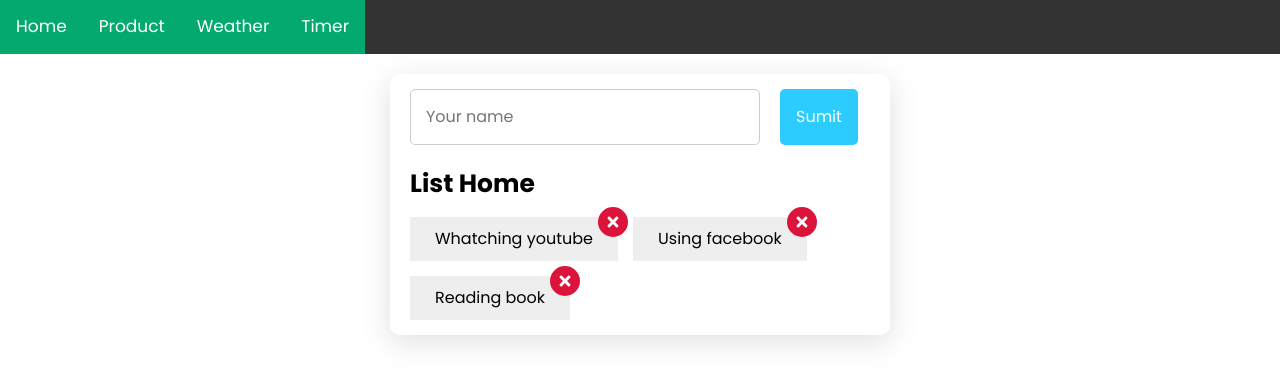
Repository: hoang0508/ReactJsHoiDanIT
Page: /
The author's editor kept a copy of each file at every save. The page is drawn from the files as they stood at one save, then again after the next save.
The browser window is 1280 px wide. The pictures show the whole page.
The project was rebuilt for these pictures with package versions that can differ from the ones it lists, and the page was loaded fresh each time. Also part of the build but not shown: src/components/Products/Product.scss, src/components/Products/Product.js.

Above is the page before, as saved 2022-03-10 10:37:07.

After the next save:
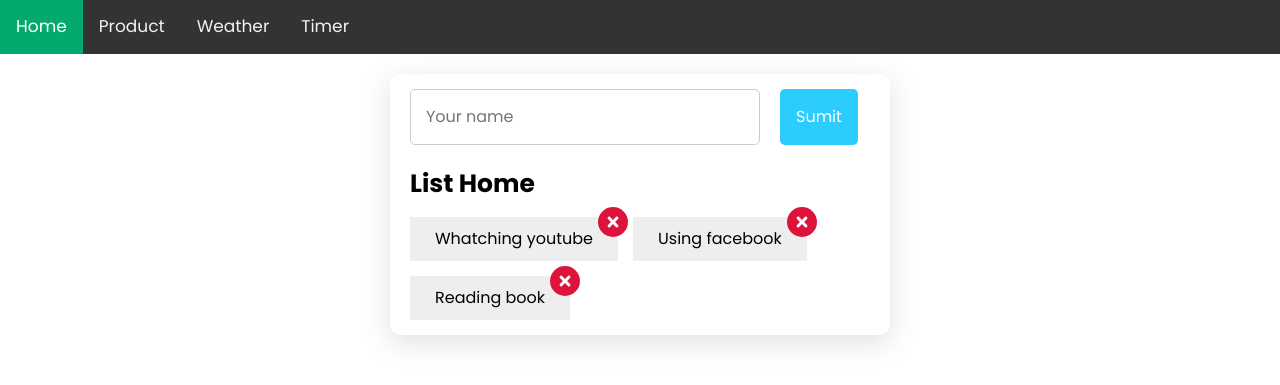
Saved 2 h 56 min later.
--- a/src/components/Navigation/Nav.js
+++ b/src/components/Navigation/Nav.js
@@ -30,7 +30,11 @@ const Nav = () => {
       {ListLink &&
         ListLink.length > 0 &&
         ListLink.map((item) => (
-          <NavLink className="is-active" to={item.to} key={item.id}>
+          <NavLink
+            className={({ isActive }) => (isActive ? "is-active" : "")}
+            to={item.to}
+            key={item.id}
+          >
             {item.title}
           </NavLink>
         ))}
